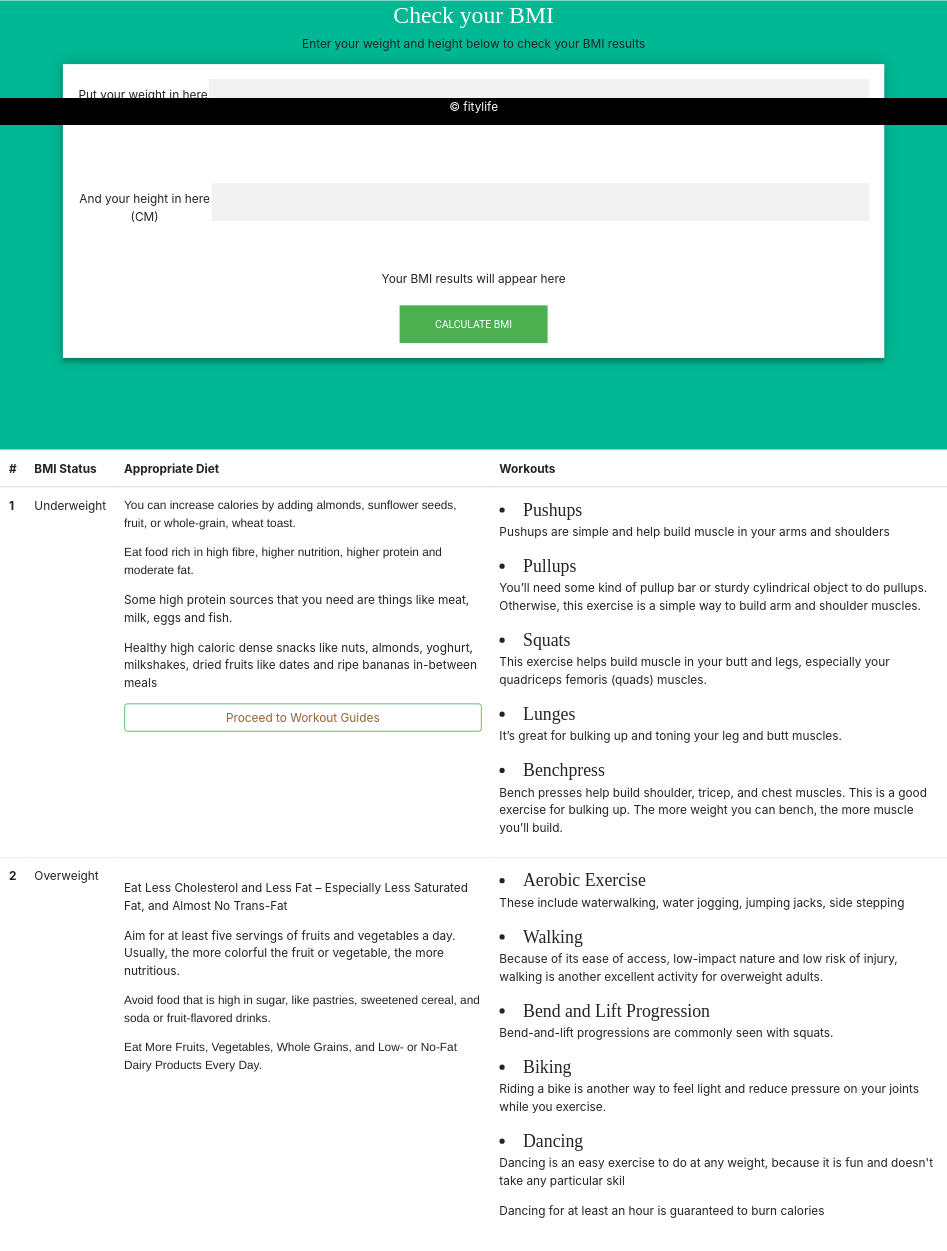
Repository: LaukeyMwaura/Fittylife-php
Page: html/bmi.html
The author's editor kept a copy of each file at every save. The page is drawn from the files as they stood at one save, then again after the next save.
The browser window is 1280 px wide. The pictures show the part of the page from y = 552 to 2243 px (the page is 2243 px tall), at 74% of full size.
Some web fonts or font styles are not loaded; a fallback is used.

Above is the page before, as saved 2022-03-10 08:41:22.

After the next save:
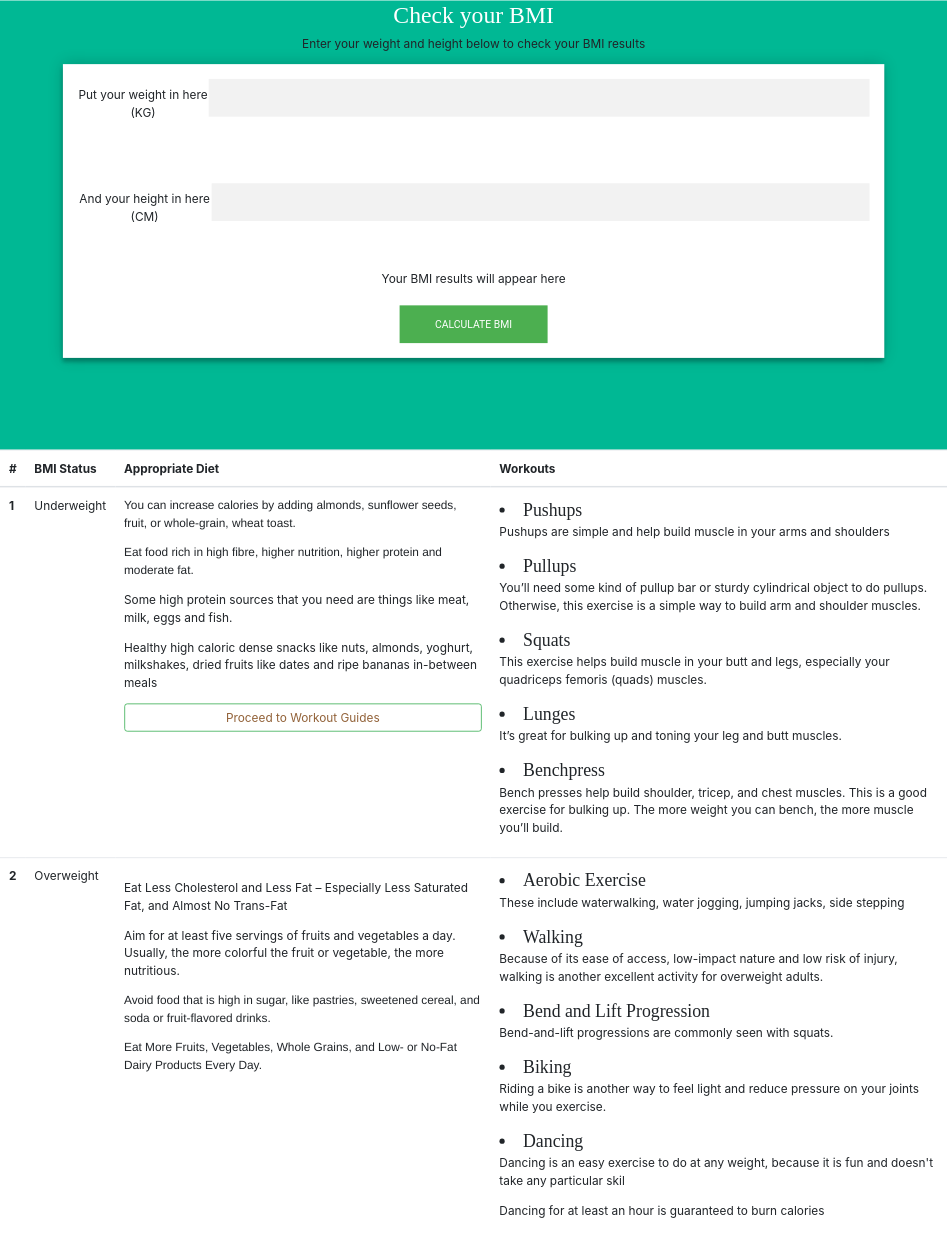
Saved 1 s later.
--- a/html/bmi.html
+++ b/html/bmi.html
@@ -190,9 +190,7 @@
 
 
 
-    <div class="footer">
-        <p>&copy fitylife</p>
-    </div>
+
     <!-- Optional JavaScript -->
     <!-- jQuery first, then Popper.js, then Bootstrap JS -->
     <script src="https://code.jquery.com/jquery-3.3.1.slim.min.js"
